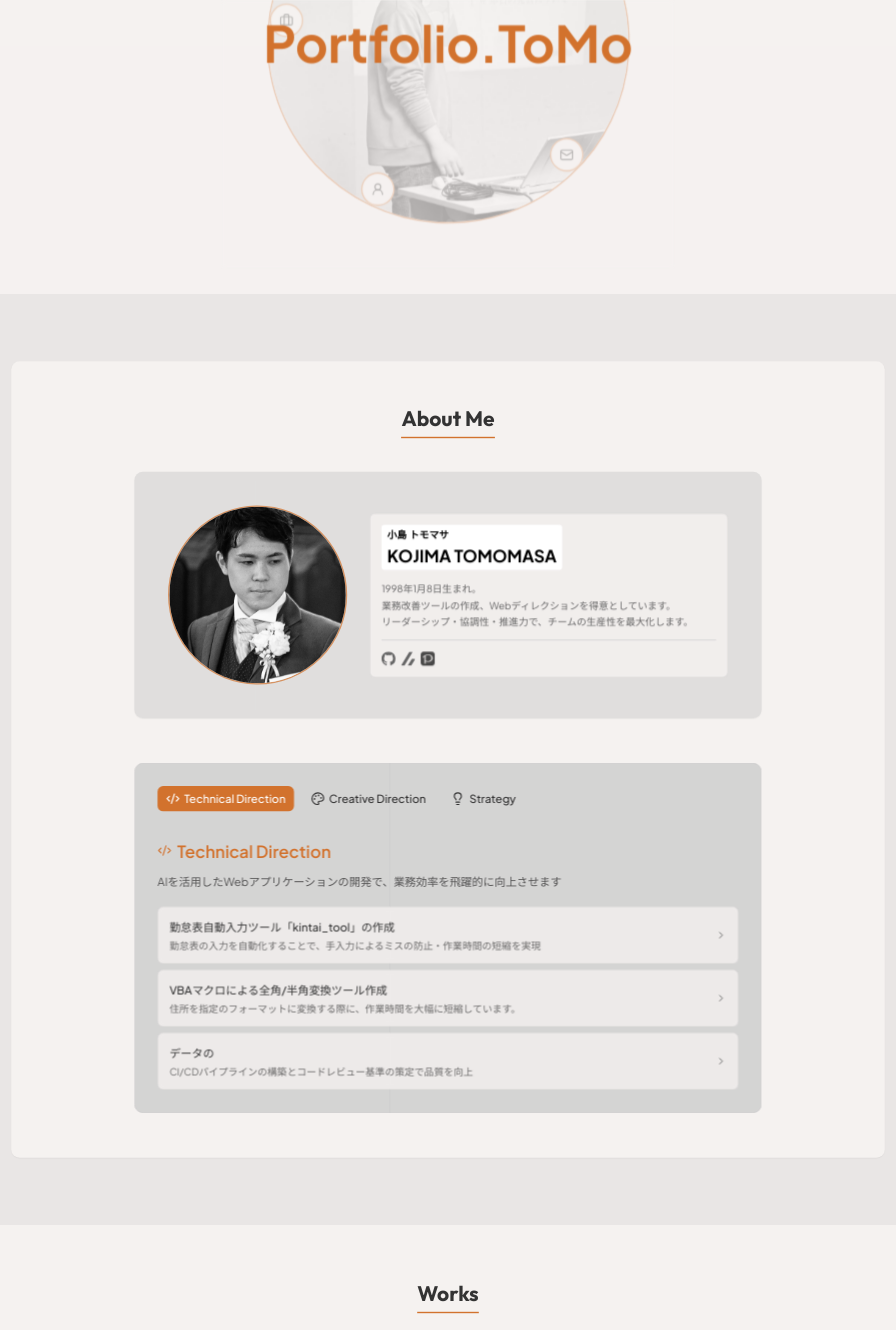
Repository: Tomo0108/portfolio_dot_tomo
Page: /
An editor plug-in stored every save of this project. The page is shown before and after the next save, followed by the edit.
The browser window is 1280 px wide. The pictures show the part of the page from y = 300 to 2200 px (the page is 3996 px tall before and 3972 px after), at 70% of full size.
Pictures or frames that could not be fetched are drawn as grey boxes. The page's requests for data from a server got no answer. The project was rebuilt for these pictures with package versions that can differ from the ones it lists, and the page was loaded fresh each time. The framework's server and built-in components were replaced by stand-ins that run in the browser. No one was signed in, and anything a server would have sent is missing. Also part of the build but not shown: next.config.js, components/loading-spinner.tsx.

Above is the page before, as saved 2025-03-23 16:38:42.

### app/layout.tsx
import './globals.css';
import type { Metadata } from 'next';
import { Outfit, Plus_Jakarta_Sans } from 'next/font/google';
import { ThemeProvider } from '@/components/theme-provider';
import { Toaster } from '@/components/ui/sonner';
import { Navigation } from '@/components/navigation';
import { Footer } from '@/components/footer';
import { cn } from '@/lib/utils';

const outfit = Outfit({
  subsets: ['latin'],
  variable: '--font-outfit',
});

const plusJakartaSans = Plus_Jakarta_Sans({
  subsets: ['latin'],
  variable: '--font-plus-jakarta-sans',
});

export const metadata: Metadata = {
  title: 'Portfolio | Tomo',
  description: 'Welcome to my portfolio website.',
};

export default function RootLayout({
  children,
}: {
  children: React.ReactNode;
}) {
  return (
    <html lang="en" suppressHydrationWarning>
      <body className={cn(
        outfit.variable,
        plusJakartaSans.variable,
        'min-h-screen bg-background font-sans antialiased'
      )}>
        <ThemeProvider
          attribute="class"
          defaultTheme="system"
          enableSystem
          disableTransitionOnChange
        >
          <Navigation />
          {children}
          <Footer />
          <Toaster />
        </ThemeProvider>
      </body>
    </html>
  );
}

### app/page.tsx
import { Suspense } from 'react';
import { Hero } from '@/components/sections/hero';
import { About } from '@/components/sections/about';
import { Works } from '@/components/sections/works';
import { ZennArticlesLoader } from '@/components/sections/zenn-articles-loader';
import { Gallery } from '@/components/sections/gallery';
import { Contact } from '@/components/sections/contact';
import { LoadingSpinner } from '@/components/loading-spinner';

export default function Home() {
  return (
    <div className="w-full">
      <Hero />
      <About />
      <Suspense fallback={<LoadingSpinner />}>
        <Works />
      </Suspense>
      <Suspense fallback={<LoadingSpinner />}>
        <ZennArticlesLoader />
      </Suspense>
      <Suspense fallback={<LoadingSpinner />}>
        <Gallery />
      </Suspense>
      <Contact />
    </div>
  );
}

### components/ui/sonner.tsx
'use client';

import { useTheme } from 'next-themes';
import { Toaster as Sonner } from 'sonner';

type ToasterProps = React.ComponentProps<typeof Sonner>;

const Toaster = ({ ...props }: ToasterProps) => {
  const { theme = 'system' } = useTheme();

  return (
    <Sonner
      theme={theme as ToasterProps['theme']}
      className="toaster group"
      toastOptions={{
        classNames: {
          toast:
            'group toast group-[.toaster]:bg-background group-[.toaster]:text-foreground group-[.toaster]:border-border group-[.toaster]:shadow-lg',
          description: 'group-[.toast]:text-muted-foreground',
          actionButton:
            'group-[.toast]:bg-primary group-[.toast]:text-primary-foreground',
          cancelButton:
            'group-[.toast]:bg-muted group-[.toast]:text-muted-foreground',
        },
      }}
      {...props}
    />
  );
};

export { Toaster };

### components/sections/hero.tsx
"use client";

import { motion } from 'framer-motion';
import { RotatingNav } from '../rotating-nav';

export function Hero() {
  return (
    <section className="section-hero min-h-screen flex items-center justify-center relative bg-background/80 overflow-hidden">
      <div className="relative w-[90vh] h-[90vh] max-w-[90vw] max-h-[90vw] mx-auto backdrop-blur-sm">
        <div className="absolute inset-0 flex items-center justify-center">
          <motion.div
            className="text-center space-y-8 hero-text transition-opacity duration-300 [.nav-paused_&]:opacity-50 relative z-20"
            initial={{ opacity: 0, scale: 0.9 }}
            animate={{ opacity: 1, scale: 1 }}
            transition={{ duration: 0.5 }}
          >
            <h1 className="heading-hero text-5xl md:text-6xl lg:text-7xl font-bold leading-tight">
              <span className="text-primary">Portfolio.ToMo</span>
            </h1>
          </motion.div>
        </div>
        <RotatingNav />
      </div>
    </section>
  );
}

### components/sections/zenn-articles-loader.tsx
import { fetchZennArticles } from '@/lib/zenn';
import { ZennArticles } from './zenn-articles';

export async function ZennArticlesLoader() {
  try {
    const articles = await fetchZennArticles('tomo0108');
    return <ZennArticles articles={articles} />;
  } catch (error) {
    console.error('Failed to load Zenn articles:', error);
    return <ZennArticles articles={[]} />;
  }
}

### components/sections/contact.tsx
"use client";

import { motion } from 'framer-motion';
import { Mail, MessageSquare, Send } from 'lucide-react';
import { Button } from '@/components/ui/button';
import { Input } from '@/components/ui/input';
import { Textarea } from '@/components/ui/textarea';
import { toast } from 'sonner';

export function Contact() {
  const handleSubmit = (e: React.FormEvent) => {
    e.preventDefault();
    toast.success('メッセージを送信しました！');
  };

  return (
    <section id="contact" className="py-20 bg-muted/50">
      <div className="container mx-auto px-4">
        <motion.div
          initial={{ opacity: 0, y: 20 }}
          whileInView={{ opacity: 1, y: 0 }}
          viewport={{ once: true }}
          transition={{ duration: 0.8 }}
          className="max-w-2xl mx-auto"
        >
          <h2 className="text-3xl font-bold text-center mb-12">Contact</h2>
          <form onSubmit={handleSubmit} className="space-y-6">
            <div>
              <label htmlFor="email" className="block text-sm font-medium mb-2">
                メールアドレス
              </label>
              <div className="relative">
                <Mail className="absolute left-3 top-3 h-5 w-5 text-muted-foreground" />
                <Input
                  id="email"
                  type="email"
                  placeholder="your@email.com"
                  className="pl-10"
                  required
                />
              </div>
            </div>
            <div>
              <label htmlFor="message" className="block text-sm font-medium mb-2">
                メッセージ
              </label>
              <div className="relative">
                <MessageSquare className="absolute left-3 top-3 h-5 w-5 text-muted-foreground" />
                <Textarea
                  id="message"
                  placeholder="メッセージを入力してください..."
                  className="pl-10 min-h-[150px]"
                  required
                />
              </div>
            </div>
            <Button type="submit" className="w-full">
              メッセージを送信
              <Send className="ml-2 h-4 w-4" />
            </Button>
          </form>
        </motion.div>
      </div>
    </section>
  );
}

### components/mode-toggle.tsx
"use client";

import * as React from "react";
import { Moon, Sun } from "lucide-react";
import { useTheme } from "next-themes";
import { Button } from "@/components/ui/button";

export function ModeToggle() {
  const { setTheme, theme } = useTheme();

  return (
    <Button
      variant="ghost"
      size="icon"
      onClick={() => setTheme(theme === "light" ? "dark" : "light")}
    >
      <Sun className="h-[1.2rem] w-[1.2rem] rotate-0 scale-100 transition-all dark:-rotate-90 dark:scale-0" />
      <Moon className="absolute h-[1.2rem] w-[1.2rem] rotate-90 scale-0 transition-all dark:rotate-0 dark:scale-100" />
      <span className="sr-only">Toggle theme</span>
    </Button>
  );
}

### lib/zenn.ts
interface ZennArticle {
  id: number;
  title: string;
  slug: string;
  published_at: string;
  liked_count: number;
  article_type: string;
  emoji: string;
  path: string;
}

interface ZennResponse {
  articles: ZennArticle[];
}

export async function fetchZennArticles(username: string) {
  const response = await fetch(`https://zenn.dev/api/articles?username=${username}`, {
    headers: {
      'Content-Type': 'application/json',
    },
    next: { revalidate: 3600 }, // 1時間ごとに再検証
  });

  if (!response.ok) {
    throw new Error('Failed to fetch Zenn articles');
  }

  const data: ZennResponse = await response.json();
  return data.articles.map(article => ({
    id: article.id,
    title: article.title,
    url: `https://zenn.dev${article.path}`,
    date: new Date(article.published_at).toISOString(),
    likes: article.liked_count,
    emoji: article.emoji,
  }));
}

### data/gallery.ts
export interface GalleryItem {
  id: string;
  title: string;
  description: string;
  image: string;
  details: {
    fullDescription: string;
    technologies: string[];
    images: {
      line: string;
      color: string;
      complete: string;
    };
  };
}

export const galleryItems: { [key: string]: GalleryItem } = {
  "1": {
    id: "1",
    title: "Nahida",
    description: "原神のキャラクター、ナヒーダのイラスト作品",
    image: "/gallery/genshin_nahida1.JPG",
    details: {
      fullDescription: "草神ナヒーダの優しさと知性を表現したイラスト作品です。",
      technologies: ["Procreate", "Digital Painting"],
      images: {
        line: "/gallery/genshin_nahida1_line.JPG",
        color: "/gallery/genshin_nahida1_color.JPG",
        complete: "/gallery/genshin_nahida1.JPG"
      }
    }
  },
  "2": {
    id: "2",
    title: "Nahida II",
    description: "原神のキャラクター、ナヒーダの第二イラスト作品",
    image: "/gallery/genshin_nahida2.JPG",
    details: {
      fullDescription: "草神ナヒーダの別の表情を描いた作品です。",
      technologies: ["Procreate", "Digital Painting"],
      images: {
        line: "/gallery/genshin_nahida2_line.JPG",
        color: "/gallery/genshin_nahida2_color.JPG",
        complete: "/gallery/genshin_nahida2.JPG"
      }
    }
  },
  "3": {
    id: "3",
    title: "Killua",
    description: "HUNTER×HUNTERのキャラクター、キルアのイラスト作品",
    image: "/gallery/hunterxhunter_kirua.JPG",
    details: {
      fullDescription: "キルアの少年らしい表情と強さを表現した作品です。",
      technologies: ["Procreate", "Digital Painting"],
      images: {
        line: "/gallery/hunterxhunter_kirua_line.JPG",
        color: "/gallery/hunterxhunter_kirua_color.JPG",
        complete: "/gallery/hunterxhunter_kirua.JPG"
      }
    }
  },
  "4": {
    id: "4",
    title: "Pokemon New Year [Dragon]",
    description: "ポケモンたちとのお正月をテーマにしたイラスト作品",
    image: "/gallery/pokemon_newyear.JPG",
    details: {
      fullDescription: "ポケモンたちと日本の伝統的なお正月を楽しむ様子を描いた作品です。",
      technologies: ["Procreate", "Digital Painting"],
      images: {
        line: "/gallery/pokemon_newyear_line.JPG",
        color: "/gallery/pokemon_newyear_color.JPG",
        complete: "/gallery/pokemon_newyear.JPG"
      }
    }
  },
  "5": {
    id: "5",
    title: "Pokemon Christmas",
    description: "ポケモンたちとのクリスマスをテーマにしたイラスト作品",
    image: "/gallery/pokemon-christmas.JPG",
    details: {
      fullDescription: "ポケモンたちとクリスマスを楽しむ様子を描いた作品です。",
      technologies: ["Procreate", "Digital Painting"],
      images: {
        line: "/gallery/pokemon-christmas_color_line.JPG",
        color: "/gallery/pokemon-christmas_color.JPG",
        complete: "/gallery/pokemon-christmas.JPG"
      }
    }
  }
};

### components/ui/button.tsx
import * as React from 'react';
import { Slot } from '@radix-ui/react-slot';
import { cva, type VariantProps } from 'class-variance-authority';

import { cn } from '@/lib/utils';

const buttonVariants = cva(
  'inline-flex items-center justify-center whitespace-nowrap rounded-md text-sm font-medium ring-offset-background transition-colors focus-visible:outline-none focus-visible:ring-2 focus-visible:ring-ring focus-visible:ring-offset-2 disabled:pointer-events-none disabled:opacity-50',
  {
    variants: {
      variant: {
        default: 'bg-primary text-primary-foreground hover:bg-primary/90',
        destructive:
          'bg-destructive text-destructive-foreground hover:bg-destructive/90',
        outline:
          'border border-input bg-background hover:bg-accent hover:text-accent-foreground',
        secondary:
          'bg-secondary text-secondary-foreground hover:bg-secondary/80',
        ghost: 'hover:bg-accent hover:text-accent-foreground',
        link: 'text-primary underline-offset-4 hover:underline',
      },
      size: {
        default: 'h-10 px-4 py-2',
        sm: 'h-9 rounded-md px-3',
        lg: 'h-11 rounded-md px-8',
        icon: 'h-10 w-10',
      },
    },
    defaultVariants: {
      variant: 'default',
      size: 'default',
    },
  }
);

export interface ButtonProps
  extends React.ButtonHTMLAttributes<HTMLButtonElement>,
    VariantProps<typeof buttonVariants> {
  asChild?: boolean;
}

const Button = React.forwardRef<HTMLButtonElement, ButtonProps>(
  ({ className, variant, size, asChild = false, ...props }, ref) => {
    const Comp = asChild ? Slot : 'button';
    return (
      <Comp
        className={cn(buttonVariants({ variant, size, className }))}
        ref={ref}
        {...props}
      />
    );
  }
);
Button.displayName = 'Button';

export { Button, buttonVariants };

### components/ui/input.tsx
import * as React from 'react';

import { cn } from '@/lib/utils';

export interface InputProps
  extends React.InputHTMLAttributes<HTMLInputElement> {}

const Input = React.forwardRef<HTMLInputElement, InputProps>(
  ({ className, type, ...props }, ref) => {
    return (
      <input
        type={type}
        className={cn(
          'flex h-10 w-full rounded-md border border-input bg-background px-3 py-2 text-sm ring-offset-background file:border-0 file:bg-transparent file:text-sm file:font-medium file:text-foreground placeholder:text-muted-foreground focus-visible:outline-none focus-visible:ring-2 focus-visible:ring-ring focus-visible:ring-offset-2 disabled:cursor-not-allowed disabled:opacity-50',
          className
        )}
        ref={ref}
        {...props}
      />
    );
  }
);
Input.displayName = 'Input';

export { Input };

### components/ui/textarea.tsx
import * as React from 'react';

import { cn } from '@/lib/utils';

export interface TextareaProps
  extends React.TextareaHTMLAttributes<HTMLTextAreaElement> {}

const Textarea = React.forwardRef<HTMLTextAreaElement, TextareaProps>(
  ({ className, ...props }, ref) => {
    return (
      <textarea
        className={cn(
          'flex min-h-[80px] w-full rounded-md border border-input bg-background px-3 py-2 text-sm ring-offset-background placeholder:text-muted-foreground focus-visible:outline-none focus-visible:ring-2 focus-visible:ring-ring focus-visible:ring-offset-2 disabled:cursor-not-allowed disabled:opacity-50',
          className
        )}
        ref={ref}
        {...props}
      />
    );
  }
);
Textarea.displayName = 'Textarea';

export { Textarea };

### data/skills.ts
import { Code2, Palette, Lightbulb } from 'lucide-react';
import type { LucideIcon } from 'lucide-react';

export interface Example {
  id: string;
  title: string;
  description: string;
  longDescription: string;
}

export interface Skill {
  Icon: LucideIcon;
  title: string;
  description: string;
  examples: Example[];
}

export const skills: Skill[] = [
  {
    Icon: Code2,
    title: "Technical Direction",
    description: "AIを活用したWebアプリケーションの開発で、業務効率を飛躍的に向上させます",
    examples: [
      {
        id: "tech-1",
        title: "勤怠表自動入力ツール「kintai_tool」の作成",
        description: "勤怠表の入力を自動化することで、手入力によるミスの防止・作業時間の短縮を実現",
        longDescription: "Excelマクロを使用して勤怠表の自動入力を実現。日々の勤務時間を記録したCSVファイルから、会社指定のフォーマットに沿って勤怠表を自動生成します。手入力による転記ミスを防ぎ、月末の勤怠表作成時間を90%削減しました。また、プロジェクトごとの工数集計機能も実装し、業務効率の可視化にも貢献しています。"
      },
      {
        id: "tech-2",
        title: "VBAマクロによる全角/半角変換ツール作成",
        description: "住所を指定のフォーマットに変換する際に、作業時間を大幅に短縮しています。",
        longDescription: "住所データの全角/半角変換を自動化することで、大量のデータ処理を効率化し、作業時間を大幅に削減しました。"
      },
      {
        id: "tech-3",
        title: "データの",
        description: "CI/CDパイプラインの構築とコードレビュー基準の策定で品質を向上",
        longDescription: "詳細な技術仕様や成果についての詳細な説明をここに記載します。"
      }
    ]
  },
  {
    Icon: Palette,
    title: "Creative Direction",
    description: "デザインの提案と実装をリードし、ユーザー体験を向上させます",
    examples: [
      {
        id: "creative-1",
        title: "UXリデザインプロジェクト",
        description: "ユーザビリティテストに基づくUI改善で、コンバージョン率が25%向上",
        longDescription: "詳細な技術仕様や成果についての詳細な説明をここに記載します。"
      },
      {
        id: "creative-2",
        title: "デザインシステムの構築",
        description: "コンポーネントライブラリとガイドラインの整備で開発効率が30%改善",
        longDescription: "詳細な技術仕様や成果についての詳細な説明をここに記載します。"
      },
      {
        id: "creative-3",
        title: "ブランドアイデンティティ刷新",
        description: "一貫性のあるビジュアル表現の確立でブランド認知度が向上",
        longDescription: "詳細な技術仕様や成果についての詳細な説明をここに記載します。"
      }
    ]
  },
  {
    Icon: Lightbulb,
    title: "Strategy",
    description: "作業者の生産性向上のための戦略立案と実行をリードします",
    examples: [
      {
        id: "strategy-1",
        title: "DXコンサルティング",
        description: "業務プロセスのデジタル化で、生産性が40%向上",
        longDescription: "詳細な技術仕様や成果についての詳細な説明をここに記載します。"
      },
      {
        id: "strategy-2",
        title: "データ分析基盤の構築",
        description: "KPIモニタリングシステムの導入で、意思決定の迅速化を実現",
        longDescription: "詳細な技術仕様や成果についての詳細な説明をここに記載します。"
      },
      {
        id: "strategy-3",
        title: "プロジェクト管理改善",
        description: "アジャイル手法の導入で、開発サイクルを50%短縮",
        longDescription: "詳細な技術仕様や成果についての詳細な説明をここに記載します。"
      }
    ]
  }
];

Loaded but not shown: components/theme-provider.tsx (common file); lib/utils.ts (common file); components/sections/about.tsx (100 lines, source omitted); components/sections/gallery.tsx (142 lines, source omitted); components/rotating-nav.tsx (144 lines, source omitted); components/sections/zenn-articles.tsx (114 lines, source omitted); components/navigation.tsx (125 lines, source omitted); app/globals.css (183 lines, source omitted); components/skills-container.tsx (83 lines, source omitted); components/footer.tsx (52 lines, source omitted); tailwind.config.ts (97 lines, source omitted); components/sections/works.tsx (78 lines, source omitted)

After the next save:
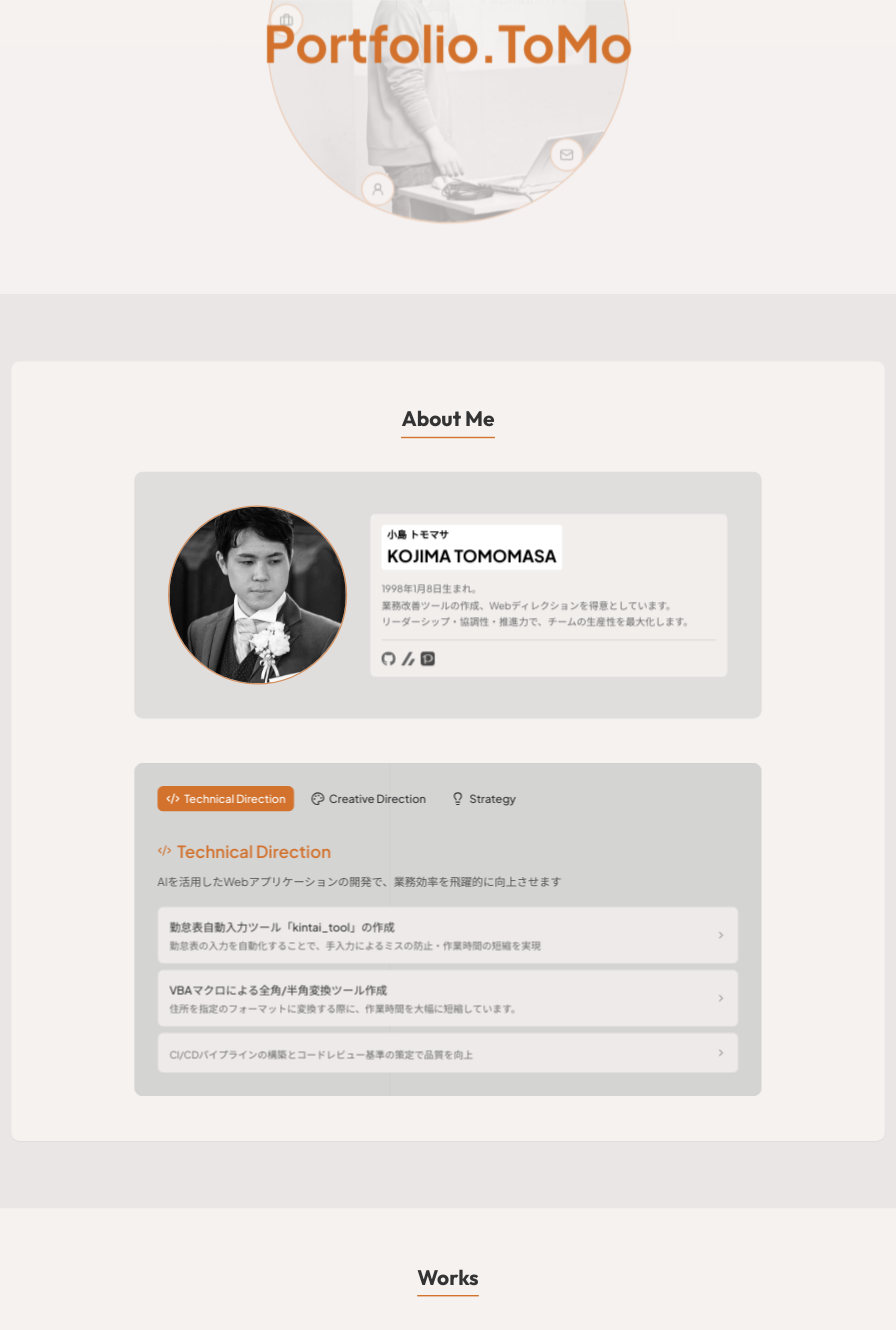
Saved 11 s later.
--- a/data/skills.ts
+++ b/data/skills.ts
@@ -35,7 +35,7 @@
       },
       {
         id: "tech-3",
-        title: "データの",
+        title: "",
         description: "CI/CDパイプラインの構築とコードレビュー基準の策定で品質を向上",
         longDescription: "詳細な技術仕様や成果についての詳細な説明をここに記載します。"
       }

After the save that followed:
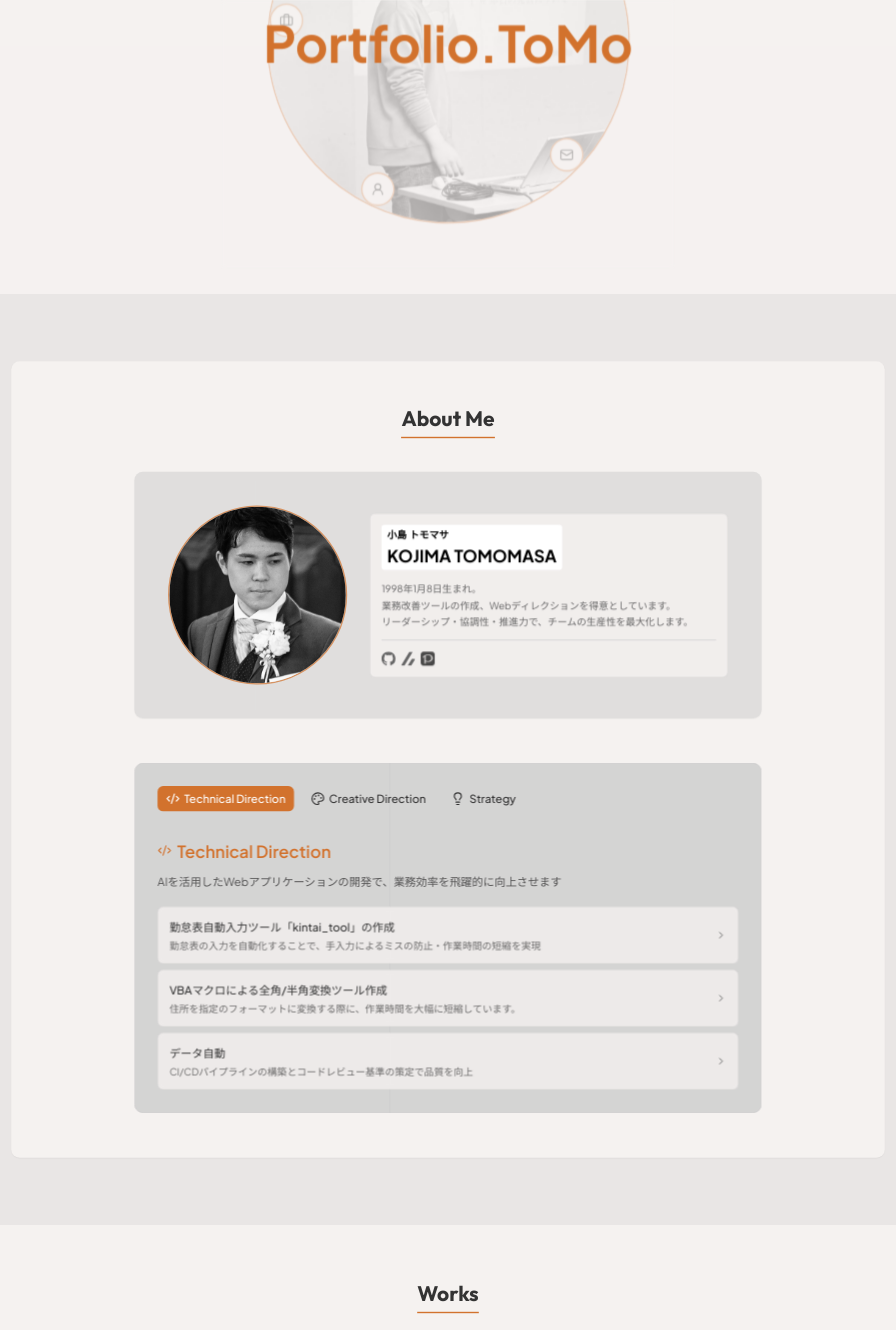
Saved 10 s later.
--- a/data/skills.ts
+++ b/data/skills.ts
@@ -35,7 +35,7 @@
       },
       {
         id: "tech-3",
-        title: "",
+        title: "データ自動",
         description: "CI/CDパイプラインの構築とコードレビュー基準の策定で品質を向上",
         longDescription: "詳細な技術仕様や成果についての詳細な説明をここに記載します。"
       }
